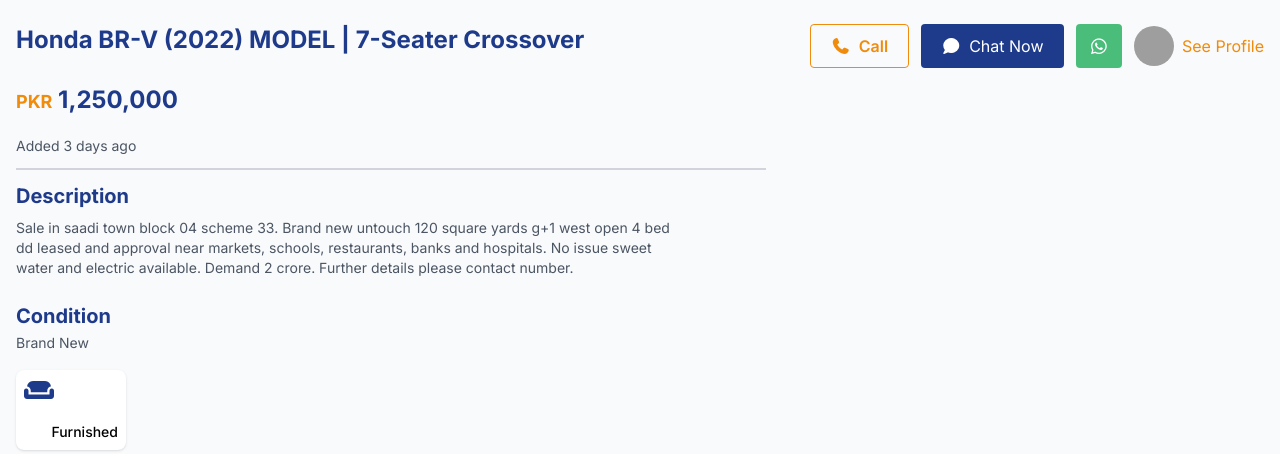
Repository: ARFA-SAEED/miljayega
Page: src/motorsPage/bikes_1.html
An editor plug-in stored every save of this project. The page is shown before and after the next save, followed by the edit.
The browser window is 1280 px wide. The pictures show the part of the page from y = 633 to 1087 px (the page is 2069 px tall before and 2666 px after).
Pictures or frames that could not be fetched are drawn as grey boxes. A picture or video elsewhere on the page could not be fetched, so the positions and the page height are approximate. Some web fonts or font styles are not loaded; a fallback is used. Some web libraries are served in a nearby version.

Above is the page before, as saved 2025-08-25 13:21:39.

After the next save:
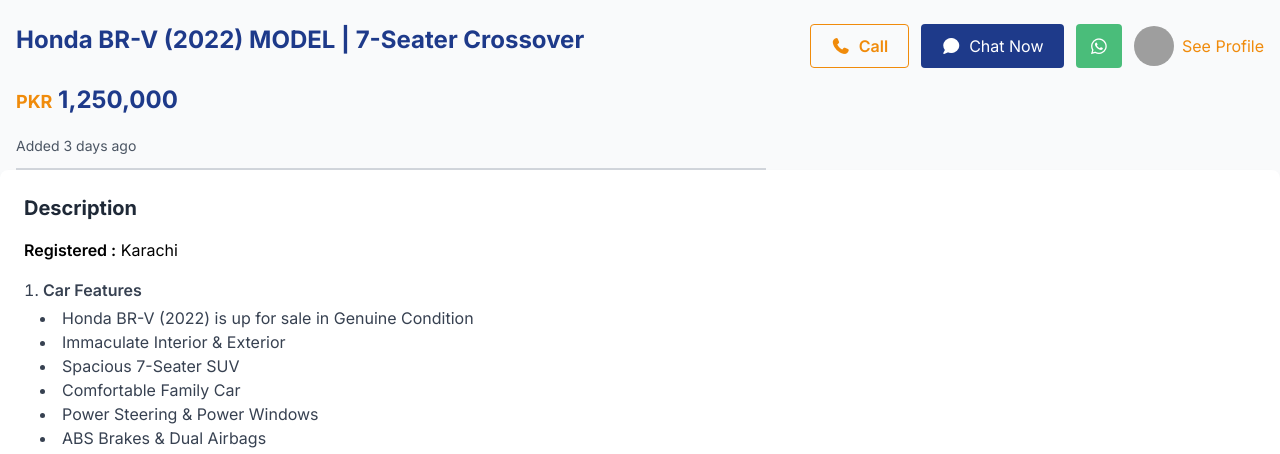
Saved 2 min 8 s later.
--- a/src/motorsPage/bikes_1.html
+++ b/src/motorsPage/bikes_1.html
@@ -146,16 +146,44 @@
         <p class="text-gray-600 text-sm mt-5 pb-3 border-b border-gray-300 border-b-2 w-[750px]">Added 3 days ago</p>
     </div>
 
-    <!-- Description -->
-    <div class="container mx-auto px-4 mt-3">
-        <h1 class="text-blue-900 font-bold text-xl mb-2">Description</h1>
-        <p class="text-sm text-gray-600 max-w-2xl">
-            Sale in saadi town block 04 scheme 33. Brand new untouch 120 square yards g+1 west open 4 bed dd leased and
-            approval near markets, schools, restaurants, banks and hospitals. No issue sweet water and electric
-            available.
-            Demand 2 crore. Further details please contact number.
-        </p>
-    </div>
+    <div class="bg-white shadow-md rounded-lg p-6 space-y-4">
+        <h3 class="text-xl font-bold text-gray-800">Description</h3>
+
+        <p><span class="font-semibold">Registered :</span> Karachi</p>
+
+        <ol class="list-decimal list-inside space-y-1 text-gray-700">
+            <li><span class="font-semibold">Car Features</span></li>
+            <ul class="list-disc list-inside ml-4">
+                <li>Honda BR-V (2022) is up for sale in Genuine Condition</li>
+                <li>Immaculate Interior & Exterior</li>
+                <li>Spacious 7-Seater SUV</li>
+                <li>Comfortable Family Car</li>
+                <li>Power Steering & Power Windows</li>
+                <li>ABS Brakes & Dual Airbags</li>
+                <li>Automatic Transmission</li>
+                <li>Regularly Maintained with Complete Service History</li>
+                <li>All Parts Genuine</li>
+                <li>Non-Accidental</li>
+                <li>All Accessories in Complete Working Condition</li>
+                <li>No Major Work Required</li>
+                <li>Just Buy and Drive</li>
+                <li>Only Serious Buyers Can Contact Me</li>
+            </ul>
+        </ol>
+
+        <div>
+            <h4 class="font-bold text-blue-900">Performance</h4>
+            <p>Engine 100% <br> Suspension 100%</p>
+        </div>
+
+        <p class="text-lg font-semibold text-gray-800">Demand: <span class="text-red-600">PKR 4,500,000</span></p>
+
+        <div class="border-t pt-3">
+            <p><span class="font-semibold">Owner :</span> MUHAMMAD HUSNAIN</p>
+            <p><span class="font-semibold">Contact :</span> 0/3/2/1/7/3/3/2/2/3/3</p>
+        </div>
+    </div>
+
 
     <!-- Condition -->
     <div class="container mx-auto px-4 mt-6">
